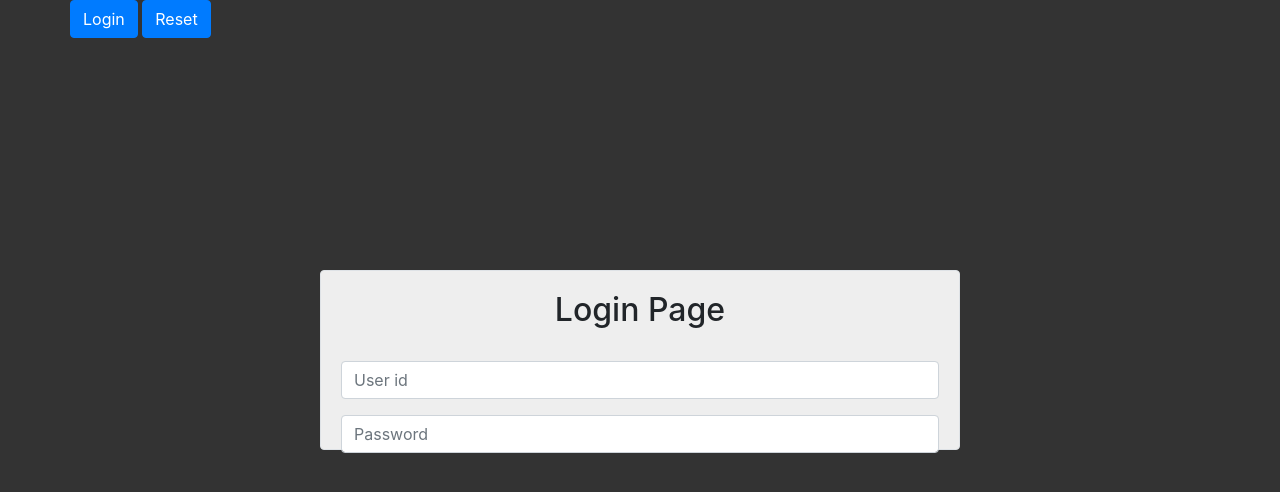
Repository: rkmr039/EMS_PROJECT
Page: EMS/WebContent/login2.html
These files come from the project's save history. The page is drawn as it stood at one moment and after the next save; the edit follows.
The browser window is 1280 px wide. The pictures show the whole page.

Above is the page before, as saved 2019-08-30 07:06:46.
Console error: TypeError: Cannot read properties of undefined (reading 'fn')

### EMS/WebContent/login2.html
<!DOCTYPE html>
<html>
<head>
<meta charset="ISO-8859-1">
<title>Login | EMS </title>
<link rel="stylesheet" href="https://stackpath.bootstrapcdn.com/bootstrap/4.3.1/css/bootstrap.min.css" integrity="sha384-ggOyR0iXCbMQv3Xipma34MD+dH/1fQ784/j6cY/iJTQUOhcWr7x9JvoRxT2MZw1T" crossorigin="anonymous">
<script src="https://stackpath.bootstrapcdn.com/bootstrap/4.3.1/js/bootstrap.min.js" integrity="sha384-JjSmVgyd0p3pXB1rRibZUAYoIIy6OrQ6VrjIEaFf/nJGzIxFDsf4x0xIM+B07jRM" crossorigin="anonymous"></script>
<style>
body {
    background:#333;
}
.form_bg {
    background-color:#eee;
    padding:20px;
    position: absolute;
    margin: auto;
    top: 0;
    right: 0;
    bottom: 0;
    left: 0;
}
.align-center {
    text-align:center;
}
</style>

</head>
<body>
 <div class="container">
 	 <form method="post" action="login.jsp">
    <div class="row">
        <div class="form_bg w-50 h-25 border rounded">

                 <h2 class="text-center">Login Page</h2>
                <br/>
                <div class="form-group">
                    <input type="email" class="form-control" id="userid" placeholder="User id">
                </div>
                <div class="form-group">
                    <input type="password" class="form-control" id="pwd" placeholder="Password">
                </div>
                <br/>
        </div>
    </div>
    <div class="row">
    	<div class="form_gb">
    		   <div class="form-group">
	                <div class="align-center">
	                    <input type="submit" class="btn btn-primary" value="Login" id="login"/>
	                    <input type="reset" value="Reset" class="btn btn-primary"/>
	                </div>
                </div>
    	</div>
    </div>
    </form>
</div>
	<script src="https://code.jquery.com/jquery-3.3.1.slim.min.js" integrity="sha384-q8i/X+965DzO0rT7abK41JStQIAqVgRVzpbzo5smXKp4YfRvH+8abtTE1Pi6jizo" crossorigin="anonymous"></script>
<script src="https://cdnjs.cloudflare.com/ajax/libs/popper.js/1.14.7/umd/popper.min.js" integrity="sha384-UO2eT0CpHqdSJQ6hJty5KVphtPhzWj9WO1clHTMGa3JDZwrnQq4sF86dIHNDz0W1" crossorigin="anonymous"></script>

</body>
</html>

After the next save:
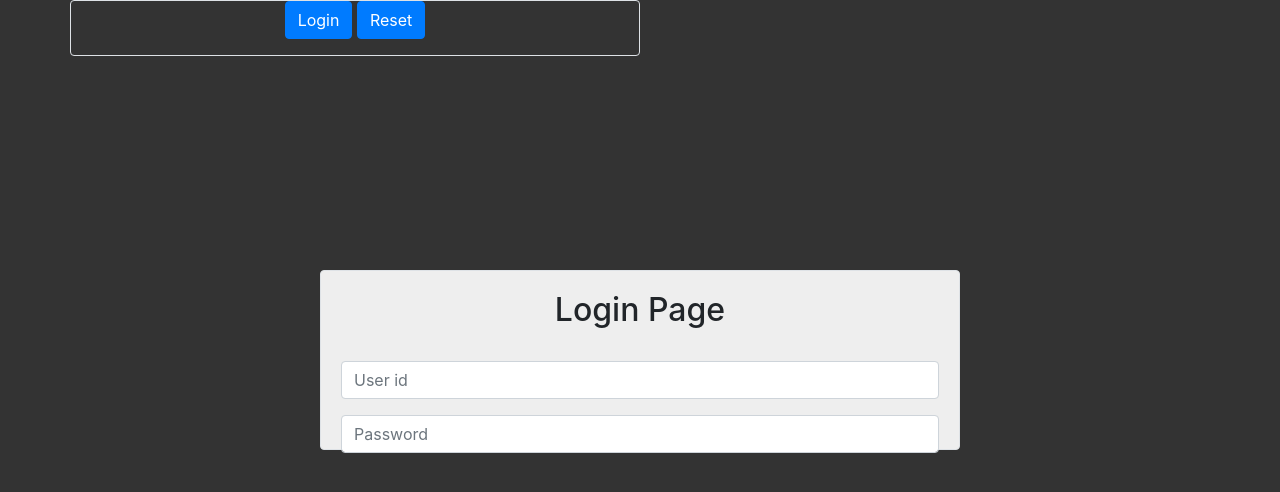
Saved 21 s later.
--- a/EMS/WebContent/login2.html
+++ b/EMS/WebContent/login2.html
@@ -43,7 +43,7 @@ body {
         </div>
     </div>
     <div class="row">
-    	<div class="form_gb">
+    	<div class="form_gb w-50 h-25 border rounded">
     		   <div class="form-group">
 	                <div class="align-center">
 	                    <input type="submit" class="btn btn-primary" value="Login" id="login"/>
